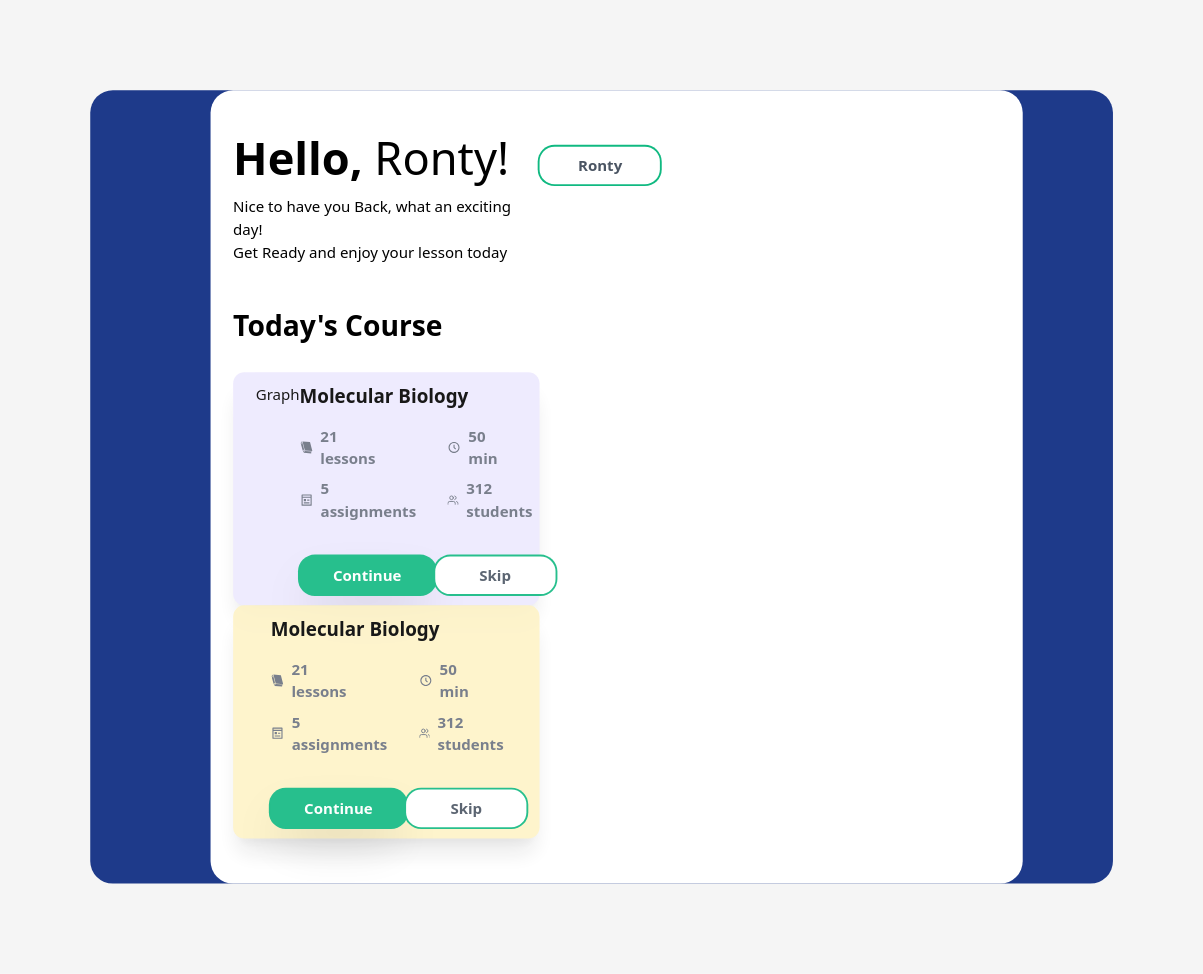
Repository: coolronts/Vite-Tailwind
Page: /
An editor plug-in stored every save of this project. The page is shown before and after the next save, followed by the edit.
The browser window is 1280 px wide. The pictures show the whole page, at 94% of full size.
The project was rebuilt for these pictures with package versions that can differ from the ones it lists, and the page was loaded fresh each time. Also part of the build but not shown: vite.config.js.

Above is the page before, as saved 2021-11-26 13:56:57.

After the next save:
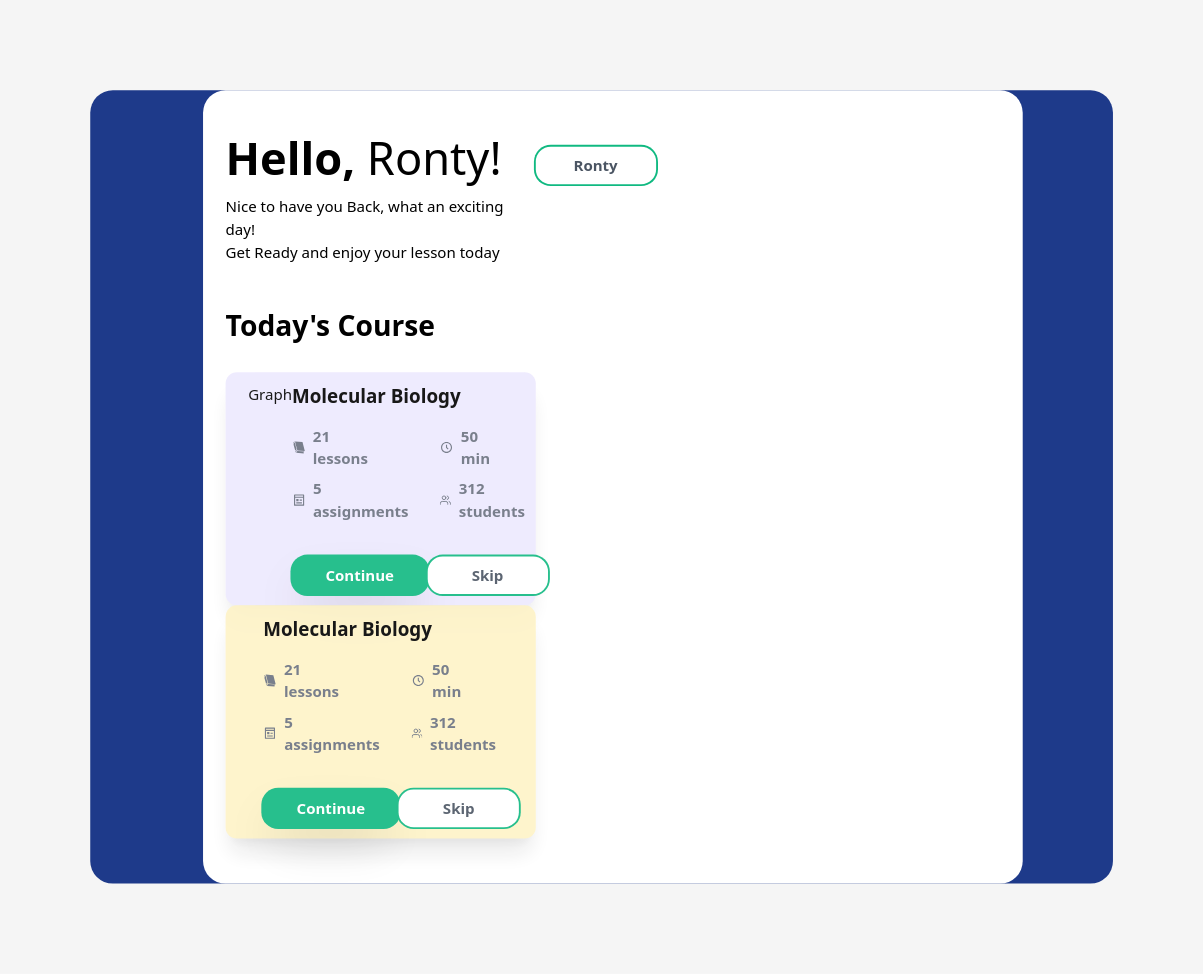
Saved 4 s later.
--- a/src/App.jsx
+++ b/src/App.jsx
@@ -12,7 +12,7 @@ function App() {
   return (
 
     <div className="App ">
-      <div className="pl-8 bg-blue-900 m-24 rounded-3xl">
+      <div className="pl-6 bg-blue-900 m-24 rounded-3xl">
       <div className="bg-white my-12 mx-24 rounded-3xl px-6 py-12">
       <SplitScreen leftWeight = 'w-2/5'>
         <div id="left">
